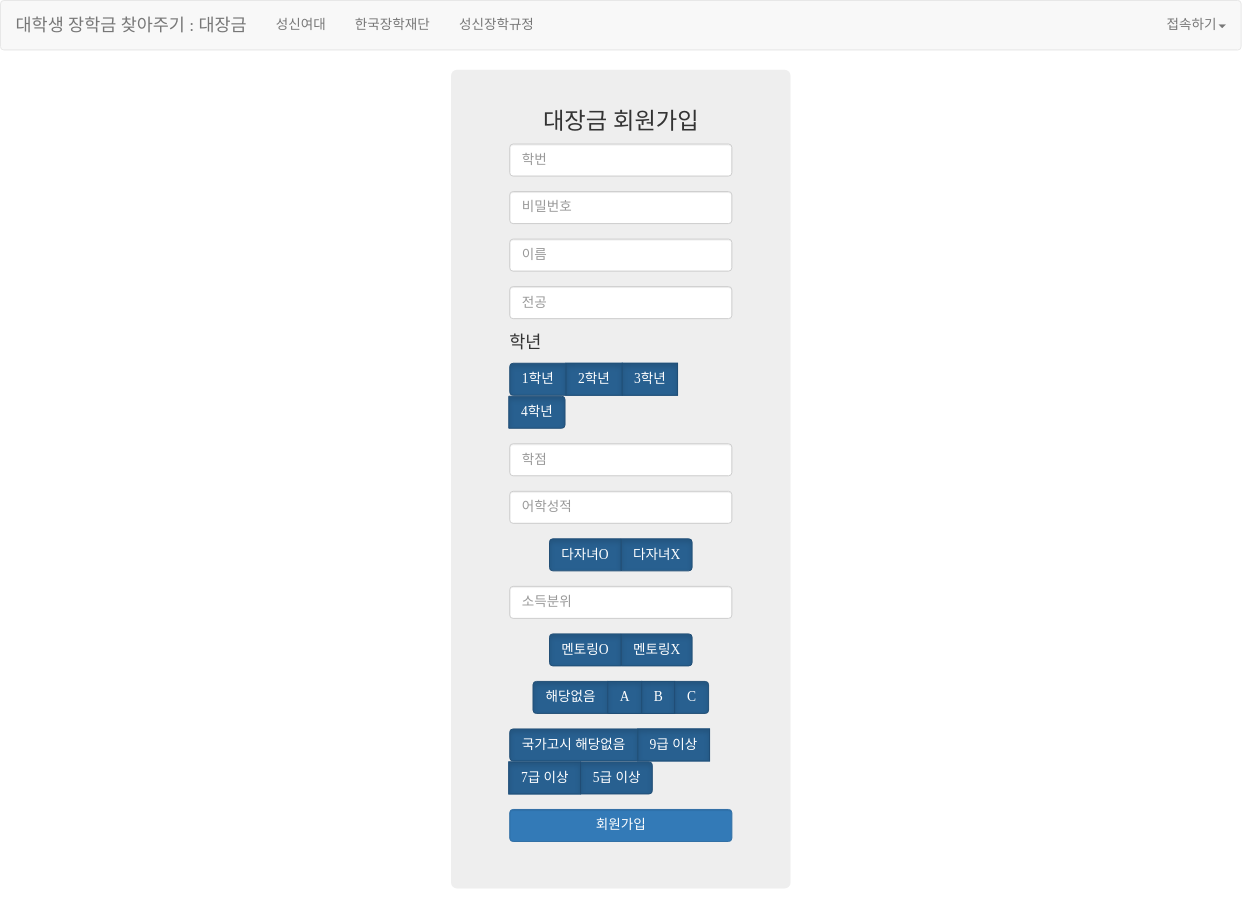
Repository: jiwon-214/DJG
Page: http://localhost/DJG/join.jsp
These files come from the project's save history. The page is drawn as it stood at one moment and after the next save; the edit follows.
The browser window is 1280 px wide. The pictures show the whole page, at 97% of full size.
Some web fonts or font styles are not loaded; a fallback is used. Some web libraries are served in a nearby version. The page is served by Tomcat 9. Other server files are loaded and not shown.

Above is the page before, as saved 2022-01-04 18:43:53.

### DJG/WebContent/join.jsp
<%@ page language="java" contentType="text/html; charset=UTF-8"
    pageEncoding="UTF-8"%>
<!DOCTYPE html>
<html>
<head>
<meta charset="UTF-8">
<meta name = "viewport" content = "width=divice-width", initial-scale="1">
<link rel = "stylesheet" href = "css/bootstrap.css">
<link rel = "stylesheet" href = "css/custom.css">
<title>대장금</title>
</head>
<body>
	<nav class ="navbar navbar-default">
		<div class = "navbar-header">
			<button type = "button" class = "navbar-toggle collapsed"
				data-toggle = "collapse" data-target = "#bs-example-navbar-collapse-1"
				aria-expanded="false">
				<span class = "icon-bar"></span>
				<span class = "icon-bar"></span>
				<span class = "icon-bar"></span>
			</button>
			<a class="navbar-brand" href = "main.jsp">대학생 장학금 찾아주기 : 대장금</a>
		</div>
		<div class="collapse navbar-collapse" id="bs-example-navbar-collapse-1">
			<ul class = "nav navbar-nav">
				<li><a href="https://portal.sungshin.ac.kr/sso/login.jsp">성신여대</a></li>
				<li><a href="http://www.kosaf.go.kr/">한국장학재단</a></li>
				<li><a href="https://rule.sungshin.ac.kr/service/law/lawView.do?seq=95&historySeq=0&gubun=cur&tree=part">성신장학규정</a></li>
			</ul>
			<ul class="nav navbar-nav navbar-right">
				<li class="dropdown">
					<a href="#" class="dropdown-toggle"
						data-toggle="dropdown" role="button" aria-haspopup="true"
						aria-expanded="false">접속하기<span class="caret"></span></a>
					<ul class="dropdown-menu">
						<li><a href = "login.jsp">로그인 </a></li>
						<li class="active"><a href="join.jsp">회원가입</a></li>
					</ul>
				</li>
			</ul>
		</div>
	</nav>
	<div class="container">
      <div class="col-lg-4"></div>
      <div class="col-lg-4">
         <div class="jumbotron" style="padding-top:20px;">
            <form method="post" action="joinAction.jsp">
               <h3 style="text-align:center;">대장금 회원가입</h3>
               <div class="form-group">
                  <input type="text" class="form-control" placeholder="학번" name="userID" maxlength="10">
               </div>
               <div class="form-group">
                  <input type="password" class="form-control" placeholder="비밀번호" name="userPassword" maxlength="20">
               </div>
               <div class="form-group">
                  <input type="text" class="form-control" placeholder="이름" name="userName" maxlength="20">
               </div>
               <div class="form-group">
                  <input type="text" class="form-control" placeholder="전공" name="userMajor" maxlength="20">
               </div>

               <h4>학년</h4>
               <div class="form-group" style="text-align:center;">
                  <div class="btn-group" data-toggle="buttons">
                     <label class="btn btn-primary active">
                        <input type = "radio" name="userYear" autocomplete="off" value="1" checked>1학년
                     </label>
                     <label class="btn btn-primary active">
                        <input type = "radio" name="userYear" autocomplete="off" value="2">2학년
                     </label>
                     <label class="btn btn-primary active">
                        <input type = "radio" name="userYear" autocomplete="off" value="3">3학년
                     </label>
                     <label class="btn btn-primary active">
                        <input type = "radio" name="userYear" autocomplete="off" value="4">4학년
                     </label>
                  </div>
               </div>
               <div class="form-group">
                  <input type="text" class="form-control" placeholder="학점" name="userGrade" maxlength="10">
               </div>
               <div class="form-group">
                  <input type="text" class="form-control" placeholder="어학성적" name="userLgrade" maxlength="10">
               </div>
               <div class="form-group" style="text-align:center;">
                  <div class="btn-group" data-toggle="buttons">
                     <label class="btn btn-primary active">
                        <input type = "radio" name ="userMchild" autocomplete="off" value="cO" checked>다자녀O
                     </label>
                     <label class="btn btn-primary active">
                        <input type = "radio" name ="userMchild" autocomplete="off" value="cX">다자녀X
                     </label>
                  </div>
               </div>
               <div class="form-group">
                  <input type="text" class="form-control" placeholder="소득분위" name="userIncome" maxlength="10">
               </div>

               <div class="form-group" style="text-align:center;">
                  <div class="btn-group" data-toggle="buttons">
                     <label class="btn btn-primary active">
                        <input type="radio" name="userMentor" autocomplete="off" value="mO" checked>멘토링O
                     </label>
                     <label class="btn btn-primary active">
                        <input type = "radio" name="userMentor" autocomplete="off" value="mX">멘토링X
                     </label>
                  </div>
               </div>
               <div class="form-group" style="text-align:center;">
                  <div class="btn-group" data-toggle="buttons">
                     <label class="btn btn-primary active">
                        <input type="radio" name="userVol" autocomplete="off" value="Vx" checked>해당없음
                     </label>
                     <label class="btn btn-primary active">
                        <input type="radio" name="userVol" autocomplete="off" value="Va">A
                     </label>
                     <label class="btn btn-primary active">
                        <input type="radio" name="userVol" autocomplete="off" value="Vb">B
                     </label>
                     <label class="btn btn-primary active">
                        <input type="radio" name="userVol" autocomplete="off" value="Vc">C
                     </label>
                  </div>
               </div>
               <div class="form-group" style="text-align:center;">
                  <div class="btn-group" data-toggle="buttons">
                     <label class="btn btn-primary active">
                        <input type="radio" name="userExam" autocomplete="off" value="Ex" checked>국가고시 해당없음
                     </label>
                     <label class="btn btn-primary active">
                        <input type="radio" name="userExam" autocomplete="off" value="E9">9급 이상
                     </label>
                     <label class="btn btn-primary active">
                        <input type="radio" name="userExam" autocomplete="off" value="E7">7급 이상
                     </label>
                     <label class="btn btn-primary active">
                        <input type="radio" name="userExam" autocomplete="off" value="E5">5급 이상
                     </label>
                  </div>
               </div>
               <input type="submit" class="btn btn-primary form-control" value="회원가입">
            </form>
         </div>
      </div>
      <div class="col-lg-4"></div>
   </div>
		<div class="col-lg-4"></div>
	</div>
	<script src = "https://code.jquery.com/jquery-3.1.1.min.js"></script>
	<script src = "js/bootstrap.js"></script>
</body>
</html>

### DJG/WebContent/css/custom.css
@import url(http://fonts.googleapis.com/earlyaccess/nanumgothic.css);
@import url(http://fonts.googleapis.com/earlyaccess/hanna.css);
* {
	font-family : 'Nanum Gothic';
}
h1 {
	font-famaily : 'Hanna';
}

Loaded but not shown: DJG/WebContent/css/bootstrap.css (library); DJG/WebContent/js/bootstrap.js (library)

After the next save:
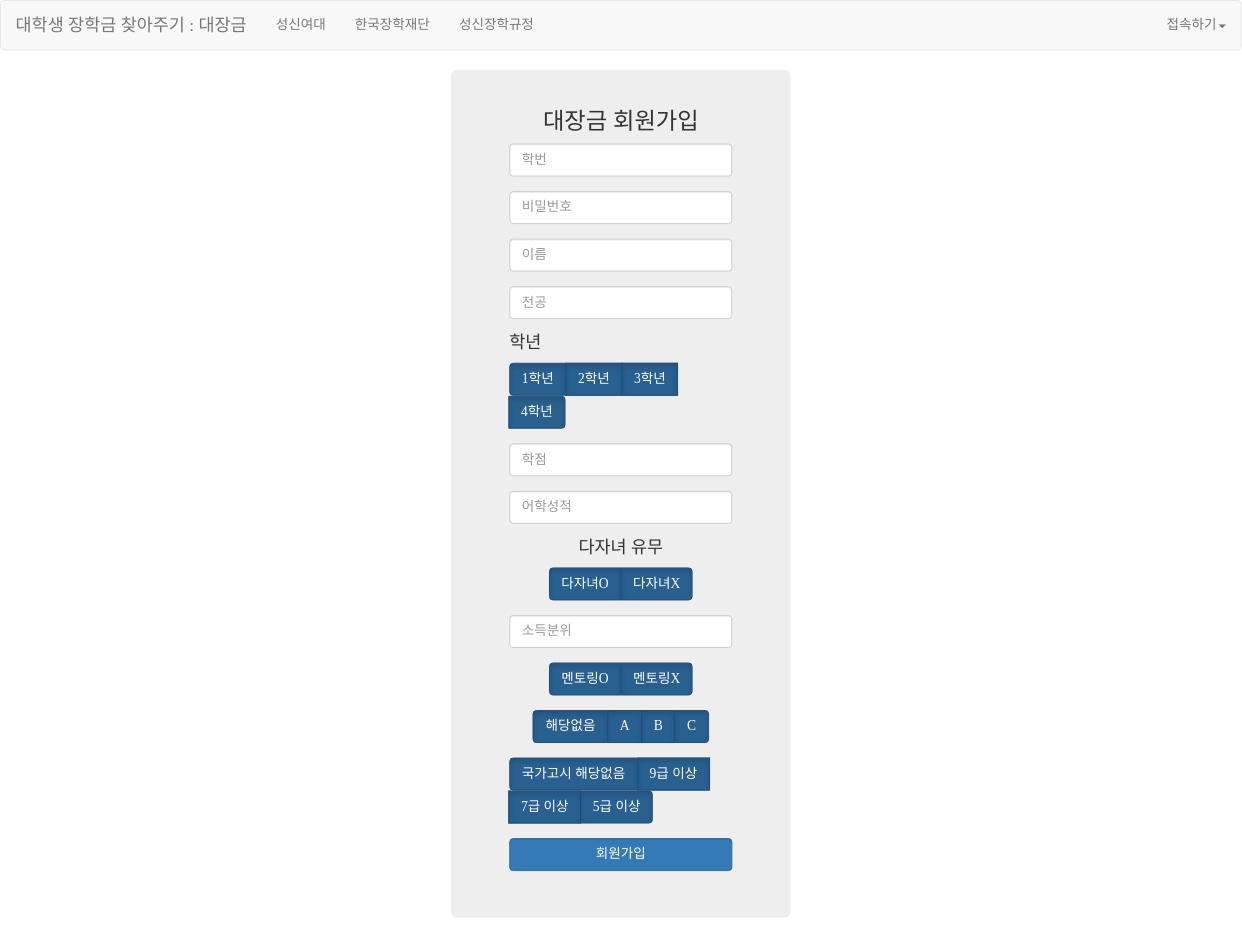
Saved 68 s later.
--- a/DJG/WebContent/join.jsp
+++ b/DJG/WebContent/join.jsp
@@ -59,9 +59,9 @@
                   <input type="text" class="form-control" placeholder="전공" name="userMajor" maxlength="20">
                </div>
 
+               <div class="form-group">
                <h4>학년</h4>
-               <div class="form-group" style="text-align:center;">
-                  <div class="btn-group" data-toggle="buttons">
+                  <div class="btn-group" data-toggle="buttons" style="text-align:center;">
                      <label class="btn btn-primary active">
                         <input type = "radio" name="userYear" autocomplete="off" value="1" checked>1학년
                      </label>
@@ -83,6 +83,7 @@
                   <input type="text" class="form-control" placeholder="어학성적" name="userLgrade" maxlength="10">
                </div>
                <div class="form-group" style="text-align:center;">
+               <h4>다자녀 유무</h4>
                   <div class="btn-group" data-toggle="buttons">
                      <label class="btn btn-primary active">
                         <input type = "radio" name ="userMchild" autocomplete="off" value="cO" checked>다자녀O
